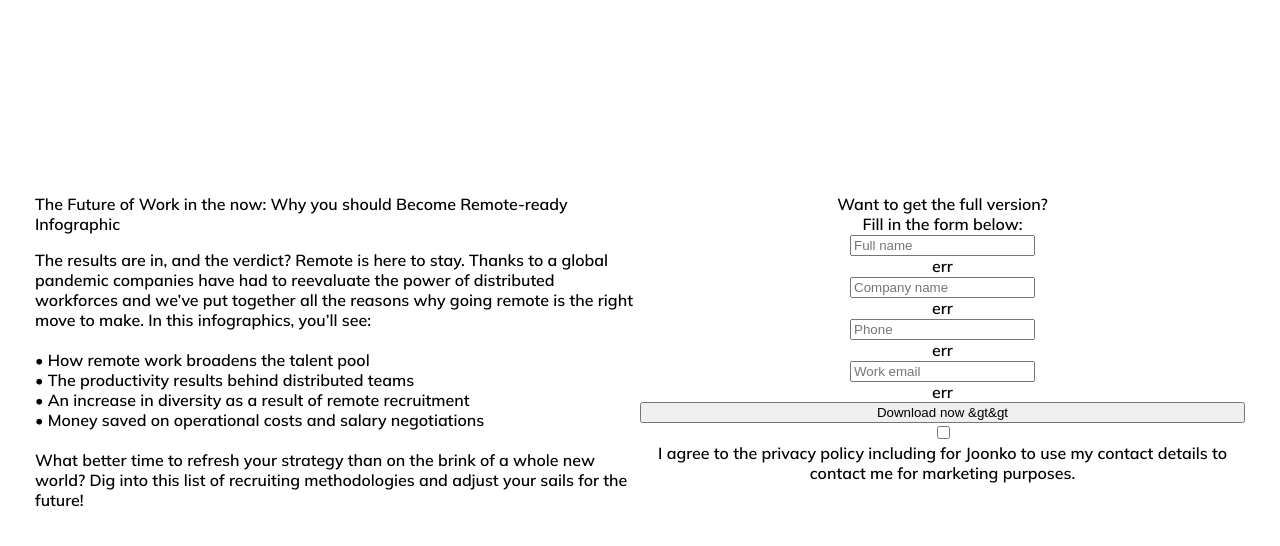
Repository: zivmorad/joonko-form
Page: /
An editor plug-in stored every save of this project. The page is shown before and after a run of saves, followed by the edit.
The browser window is 1280 px wide. The pictures show the whole page.
The project was rebuilt for these pictures with package versions that can differ from the ones it lists, and the page was loaded fresh each time.

Above is the page before, as saved 2021-08-03 10:57:32.

After the next 2 saves:
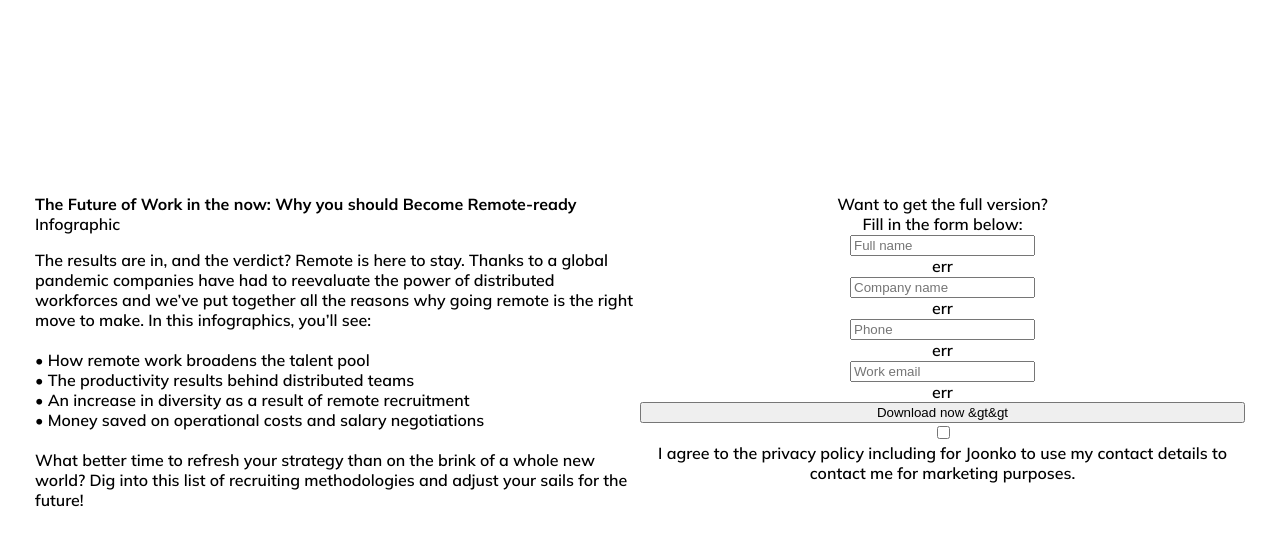
The 2 saves are shown as one change because they came seconds apart.
The last was saved 82 s later.
--- a/public/index.html
+++ b/public/index.html
@@ -3,6 +3,7 @@
 	<head>
 		<style>
 			@import url('https://fonts.googleapis.com/css2?family=Mulish:wght@600&display=swap');
+			@import url('https://fonts.googleapis.com/css2?family=Mulish:wght@700&display=swap');
 		</style>
 		<meta charset="utf-8" />
 		<meta name="viewport" content="width=device-width, initial-scale=1" />
